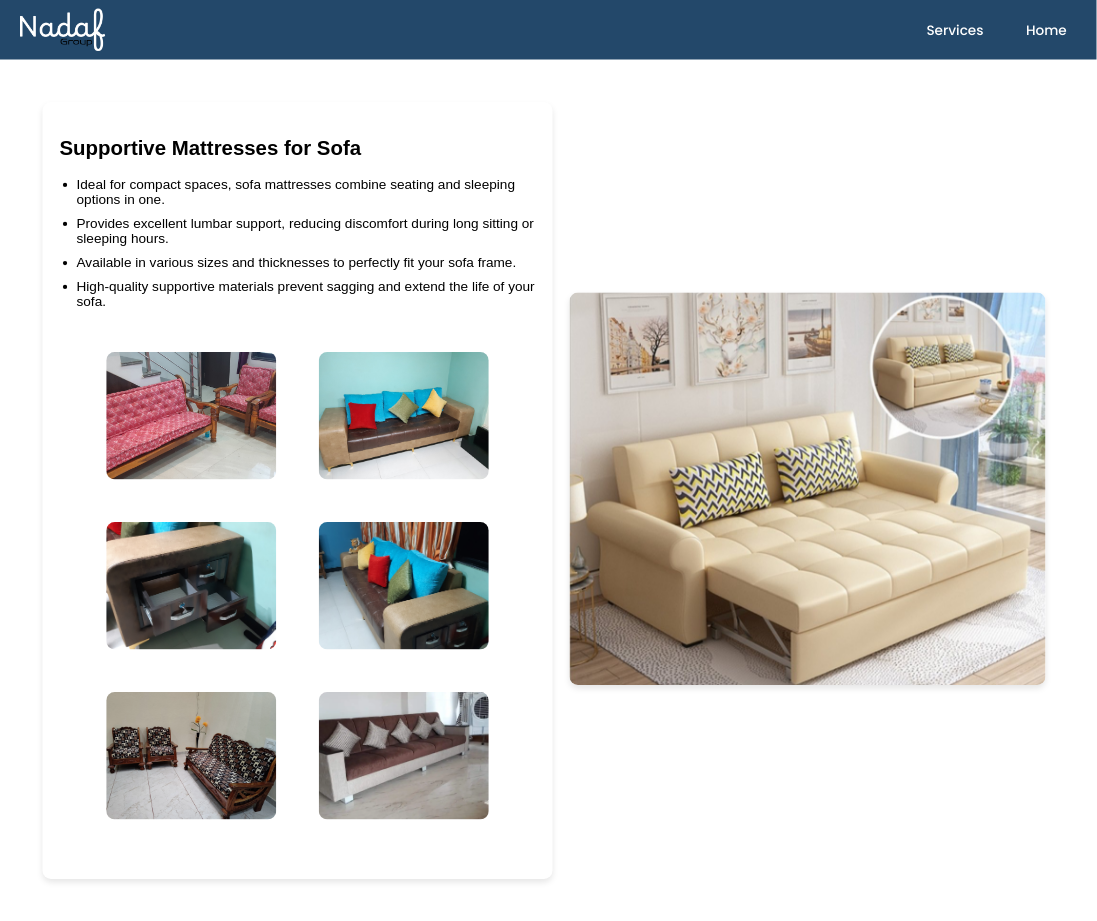
Repository: nadafgroup/rashidgadiUI
Page: src/sofa.html
An editor plug-in stored every save of this project. The page is shown before and after the next save, followed by the edit.
The browser window is 1280 px wide. The page is 1290 px wide, so the pictures cover 1290 px, including what lies to the right of the window. The pictures show the whole page, at 85% of full size.

Above is the page before, as saved 2025-01-30 17:37:50.

After the next save:
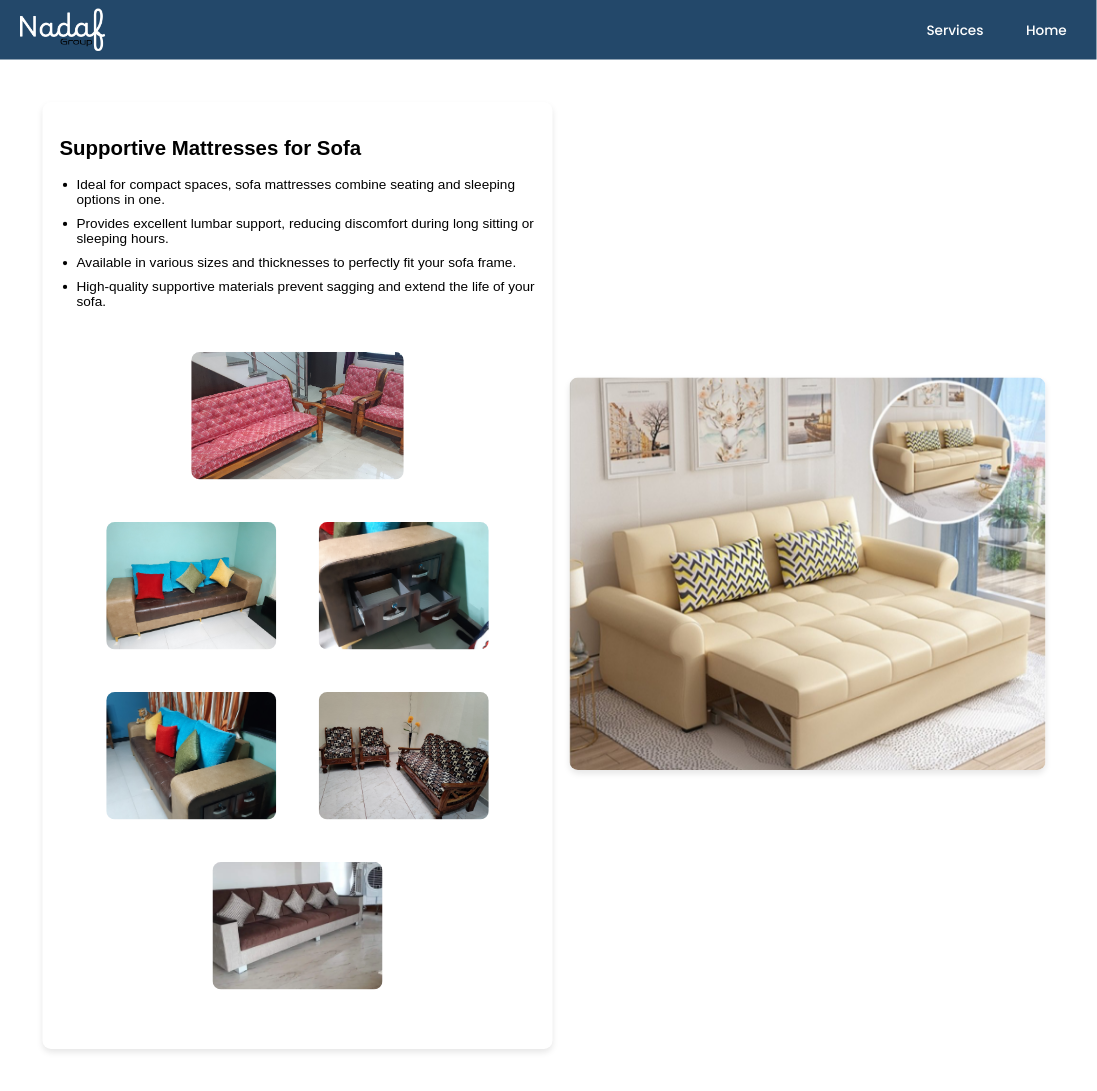
Saved 33 s later.
--- a/src/sofa.html
+++ b/src/sofa.html
@@ -44,7 +44,7 @@
                 <li>High-quality supportive materials prevent sagging and extend the life of your sofa.</li>
             </ul>
             <div class="gallery">
-                <img src="../assets/img/real img/1.jpeg" style="width: 200px;" alt="Gallery Image 1">
+                <img src="../assets/img/real img/1.jpeg" style="width: 250px;" alt="Gallery Image 1">
                 <img src="../assets/img/real img/2.jpeg" alt="Gallery Image 2">
                 <img src="../assets/img/real img/3.jpeg" alt="Gallery Image 3">
                 <img src="../assets/img/real img/4.jpeg" alt="Gallery Image 4">

After the save that followed:
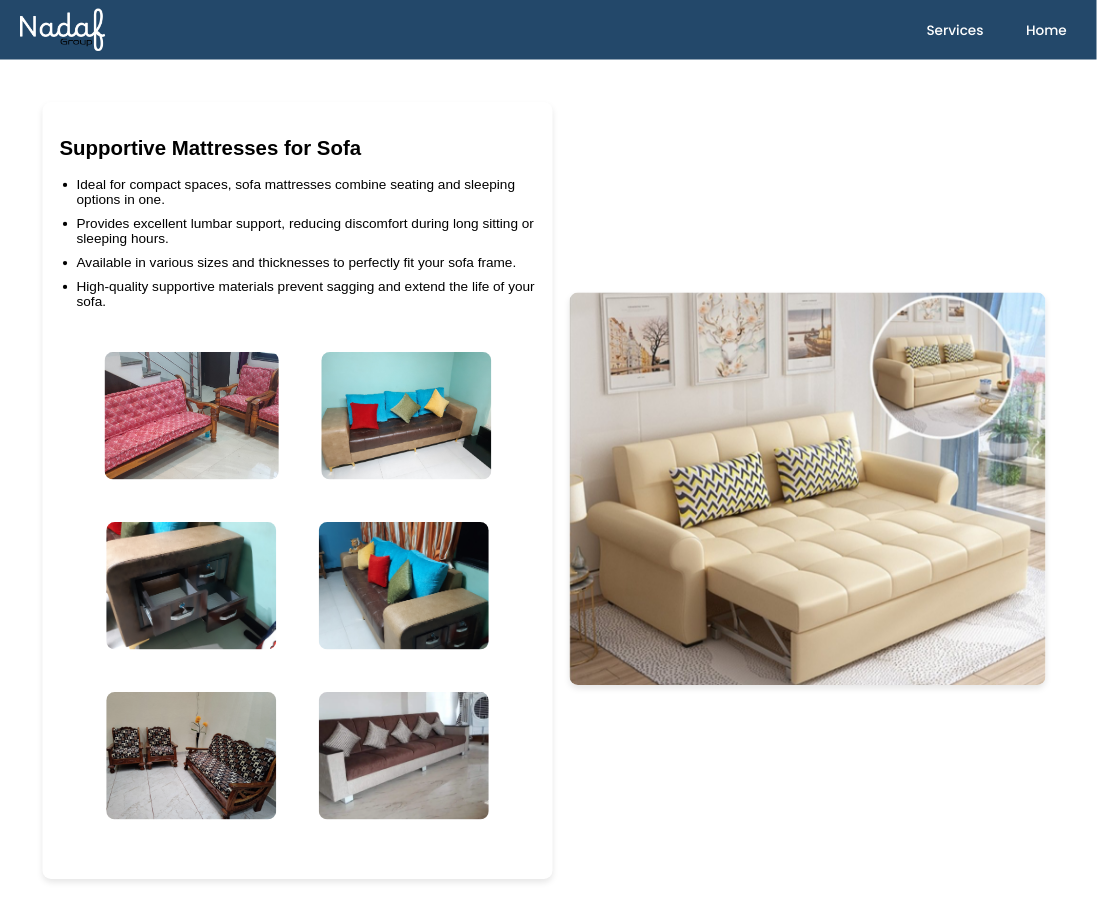
Saved 11 s later.
--- a/src/sofa.html
+++ b/src/sofa.html
@@ -44,7 +44,7 @@
                 <li>High-quality supportive materials prevent sagging and extend the life of your sofa.</li>
             </ul>
             <div class="gallery">
-                <img src="../assets/img/real img/1.jpeg" style="width: 250px;" alt="Gallery Image 1">
+                <img src="../assets/img/real img/1.jpeg" style="width: 205px;" alt="Gallery Image 1">
                 <img src="../assets/img/real img/2.jpeg" alt="Gallery Image 2">
                 <img src="../assets/img/real img/3.jpeg" alt="Gallery Image 3">
                 <img src="../assets/img/real img/4.jpeg" alt="Gallery Image 4">
